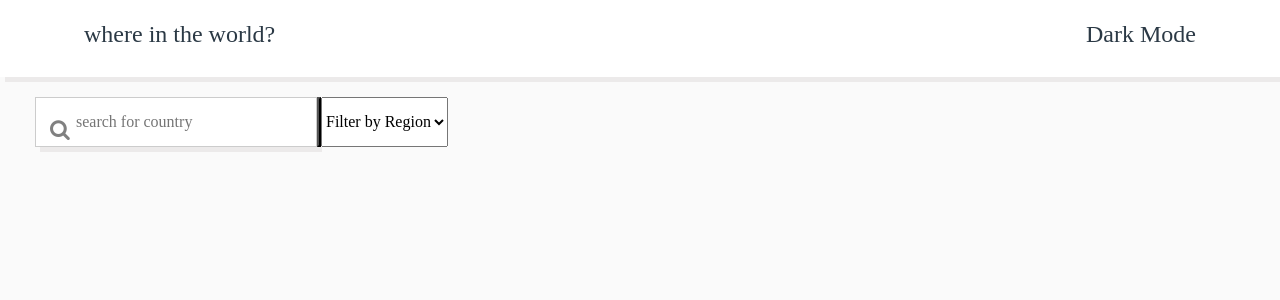
Repository: lamilekan263/countries
Page: /
An editor plug-in stored every save of this project. The page is shown before and after a run of saves, followed by the edit.
The browser window is 1280 px wide. The pictures show the whole page.
The page's requests for data from a server got no answer. The project was rebuilt for these pictures with package versions that can differ from the ones it lists, and the page was loaded fresh each time. No one was signed in, and anything a server would have sent is missing. Also part of the build but not shown: src/components/country/country.css, src/components/country/country.jsx.

Above is the page before, as saved 2020-07-30 16:25:35.

### src/index.js
import React from 'react';
import ReactDOM from 'react-dom';
import 'bootstrap/dist/css/bootstrap.css'
import App from './App';
import './App.css'

ReactDOM.render(
  <React.StrictMode>
    <App />
  </React.StrictMode>,
  document.getElementById('root')
);

// If you want your app to work offline and load faster, you can change
// unregister() to register() below. Note this comes with some pitfalls.
// Learn more about service workers: https://bit.ly/CRA-PWA
if(module.hot){
  module.hot.accept()
}

### src/App.js
import React, {Component} from 'react';
import NavBar from './components/Navbar/navBar.component'
import CountryList from './components/country-list/country-list.component'
import MyForm from './components/form.component/form.component'

class App extends Component {
  constructor(){
    super();
    this.state={
      countries :[


      ],
      searchValue : ''

      }
  }
    componentDidMount(){
    fetch('https://restcountries.eu/rest/v2/all')
    .then(response => response.json())
    .then(countries => this.setState({countries}))
  }

  handleCountry = e =>{
    this.setState({searchValue : e.target.value})
    console.log(e)

  }

  render() {
    const {countries, searchValue} = this.state
    const filteredCountries = countries.filter(country => country.name.toLowerCase().includes(searchValue.toLowerCase()))
    return (
      <div>
        <NavBar  />
        <MyForm handleChange ={this.handleCountry}/>
          <CountryList countries = {filteredCountries} />


      </div>
    );
  }
}

export default App;

### src/components/Navbar/navBar.component.jsx
import React  from 'react';
import '../Navbar/navbar.styles.css'
const NavBar = () => {
    return (
        <nav >
            <div className="myContainer" id="nav-flex">
                <div>
                    <h1 >where in the world?</h1>
                </div>
                <div>
                    <h1>Dark Mode</h1>
                </div>
            </div>
        </nav>
     );
}

export default NavBar;

### src/components/country-list/country-list.component.jsx
import React from 'react';
import Country from '../country/country'
import './country-list.styles.css'
const CountryList = props => {
    return (
        <div className="country-list container-fluid">
                    <div className="flex-country">
                        {
                            props.countries.map((country,index) => (
                                    <Country key={ index } country ={country}/>
                                    ))
                                }
                    </div>
        </div>
     );
}

export default CountryList;

### src/components/form.component/form.component.jsx
import React, { useState } from 'react';
import Input from "../input.component/input.component"
import SelectDropDownByRegion from '../selectCountryRegion/selectCountryRegion.component'
import './form.styles.css';




const MyForm =props =>{
    const [text, textState] = useState('')
    const onChange = e => textState(e.target.value);

    const onSubmit = e =>{
        e.preventDefault();

    }

    return(
        <div className="container-fluid">
            <form className="myForm" onSubmit = {onSubmit}>
                    <Input onHandleChange={props.handleChange}/>
                    <button></button>
                    <SelectDropDownByRegion/>
            </form>
        </div>
    );
}


export default MyForm

### src/components/Navbar/navbar.styles.css

nav{
    background-color:white;
    color:hsl(209, 23%, 22%);
    box-shadow: 5px 5px rgb(236, 234, 234);
    /* position: fixed; /* Set the navbar to fixed position */
    /* top: 0px;
    overflow: hidden;
    z-index:1; */
    width:100%;

}

h1{
    font-size:1.5em;
}
#nav-flex{
    display:flex;
    justify-content: space-between;
    padding:20px;
}
.myContainer{
    width:90%;
    margin:0 auto;
    overflow:hidden;
}

### src/components/country-list/country-list.styles.css

.country-list{
    padding:0% 7%;
    margin:150px 0 20px;


}
@media(min-width:750px){
    .flex-country{
        display:flex;
        flex-wrap:wrap;
        justify-content: space-around;
    }
}

### src/components/input.component/input.component.jsx
import React from 'react';

import './input.styles.css'


const Input = props =>(
    <div className="fontuser">
            <input type="text"
                    placeholder="search for country"
                     required />
            <i className="fa fa-search fa-lg" >{props.onHandleChange}</i>
    </div>
)

export default Input;

### src/components/selectCountryRegion/selectCountryRegion.component.jsx
import React from 'react';

import './selectCountryRegion.styles.css'

const SelectDropDownByRegion = () =>(
        <select name="Filter by Region">
            <option value="">Filter by Region</option>
            <option value="Africa">Africa</option>
            <option value="Americas">Americas</option>
            <option value="Asia">Asia</option>
            <option value="Europe">Europe</option>
            <option value="Oceania">Oceania</option>
        </select>
)


export default SelectDropDownByRegion

### src/components/form.component/form.styles.css
.myForm{
    position:absolute;
    top:30;
    left:10;
    display: flex;
    justify-content: space-between;
    margin:20px;
}

### src/components/input.component/input.styles.css
input{
    width:100%;
    border:none;
    box-shadow:5px 5px rgb(236, 234, 234);

    padding: 12px 40px;

    display: inline-block;
    border: 1px solid #ccc;
    box-sizing: border-box;
}
input :active{
    border: 1px solid red;

}
i{
    position: absolute;
    left: 15px;
    top: 25px;
    color: gray;
}

### src/components/selectCountryRegion/selectCountryRegion.styles.css
.custom-select {
    position: relative;
    font-family: Arial;
  }

  .custom-select select {
    display: none; /*hide original SELECT element: */
  }

  .select-selected {
    background-color: DodgerBlue;
  }

  /* Style the arrow inside the select element: */
  .select-selected:after {
    position: absolute;
    content: "";
    top: 14px;
    right: 10px;
    width: 0;
    height: 0;
    border: 6px solid transparent;
    border-color: #fff transparent transparent transparent;
  }

  /* Point the arrow upwards when the select box is open (active): */
  .select-selected.select-arrow-active:after {
    border-color: transparent transparent #fff transparent;
    top: 7px;
  }

  /* style the items (options), including the selected item: */
  .select-items div,.select-selected {
    color: #ffffff;
    padding: 8px 16px;
    border: 1px solid transparent;
    border-color: transparent transparent rgba(0, 0, 0, 0.1) transparent;
    cursor: pointer;
  }

  /* Style items (options): */
  .select-items {
    position: absolute;
    background-color: DodgerBlue;
    top: 100%;
    left: 0;
    right: 0;
    z-index: 99;
  }

  /* Hide the items when the select box is closed: */
  .select-hide {
    display: none;
  }

  .select-items div:hover, .same-as-selected {
    background-color: rgba(0, 0, 0, 0.1);
  }

Loaded but not shown: public/index.html (common file); src/App.css (common file)

After the next 9 saves:
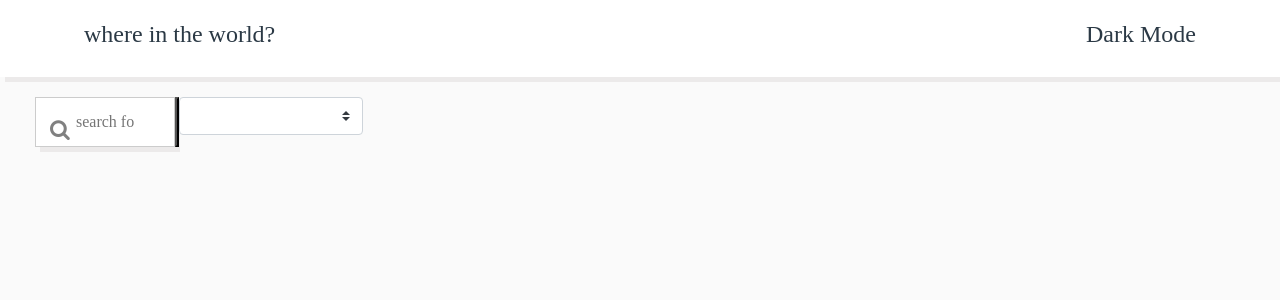
The 9 saves are shown as one change because 4 did not build or start and some came seconds apart.
The last was saved 41 s later.
--- a/src/components/selectCountryRegion/selectCountryRegion.component.jsx
+++ b/src/components/selectCountryRegion/selectCountryRegion.component.jsx
@@ -3,6 +3,7 @@ import React from 'react';
 import './selectCountryRegion.styles.css'
 
 const SelectDropDownByRegion = () =>(
+    <div className="custom-select">
         <select name="Filter by Region">
             <option value="">Filter by Region</option>
             <option value="Africa">Africa</option>
@@ -11,6 +12,7 @@ const SelectDropDownByRegion = () =>(
             <option value="Europe">Europe</option>
             <option value="Oceania">Oceania</option>
         </select>
+     </div>
 )
 
 
